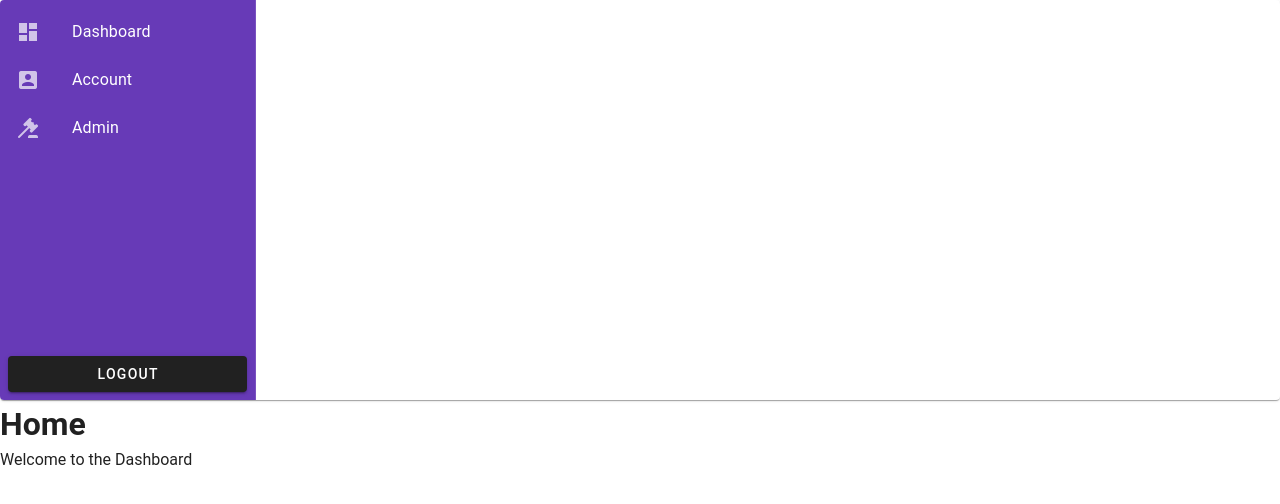
Repository: NtiSilva/Front_AG
Page: /
The author's editor kept a copy of each file at every save. The page is drawn from the files as they stood at one save, then again after the next save.
The browser window is 1280 px wide. The pictures show the whole page.
The project was rebuilt for these pictures with package versions that can differ from the ones it lists, and the page was loaded fresh each time. Also part of the build but not shown: vite.config.mjs, src/components/Alert.vue, src/components/Atividades/FormActivities.vue, src/components/Atividades/index.vue, src/components/Clientes/FormClient.vue, src/components/Dialog.vue, src/components/DialogRemove.vue, src/components/Clientes/ListClients.vue and 9 more.

Above is the page before, as saved 2024-06-19 16:11:11.

After the next save:
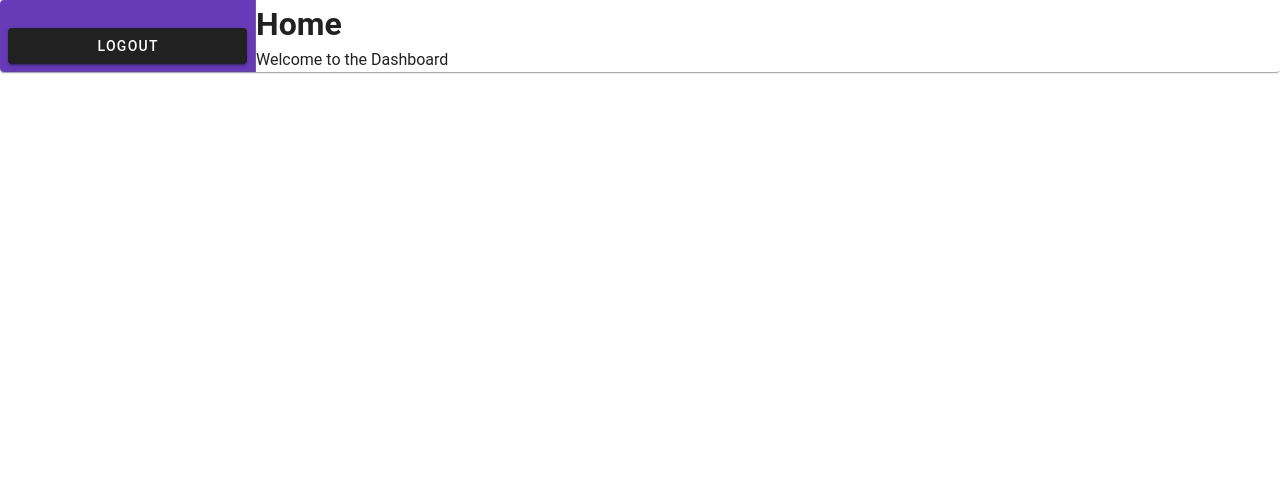
Saved 15 s later.
--- a/src/App.vue
+++ b/src/App.vue
@@ -21,12 +21,12 @@
           </div>
         </template>
       </v-navigation-drawer>
-      <v-main style="height: 400px"></v-main>
+
+      <v-main>
+        <router-view />
+      </v-main>
     </v-layout>
   </v-card>
-    <v-main>
-      <router-view />
-    </v-main>
   </v-app>
 </template>
 

After the save that followed:
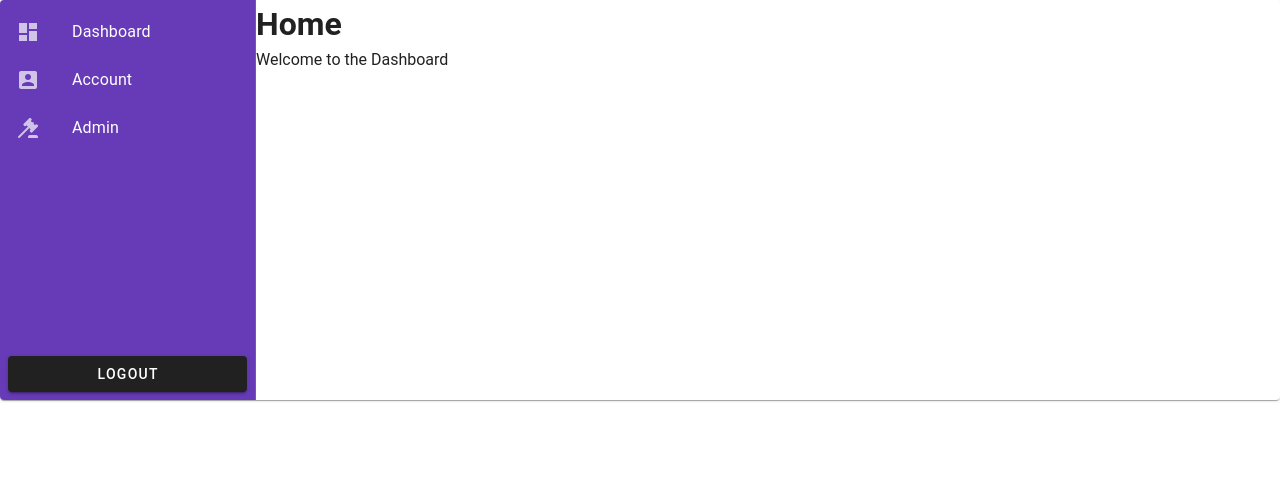
Saved 33 s later.
--- a/src/App.vue
+++ b/src/App.vue
@@ -22,7 +22,7 @@
         </template>
       </v-navigation-drawer>
 
-      <v-main>
+      <v-main style="height: 400px">
         <router-view />
       </v-main>
     </v-layout>
